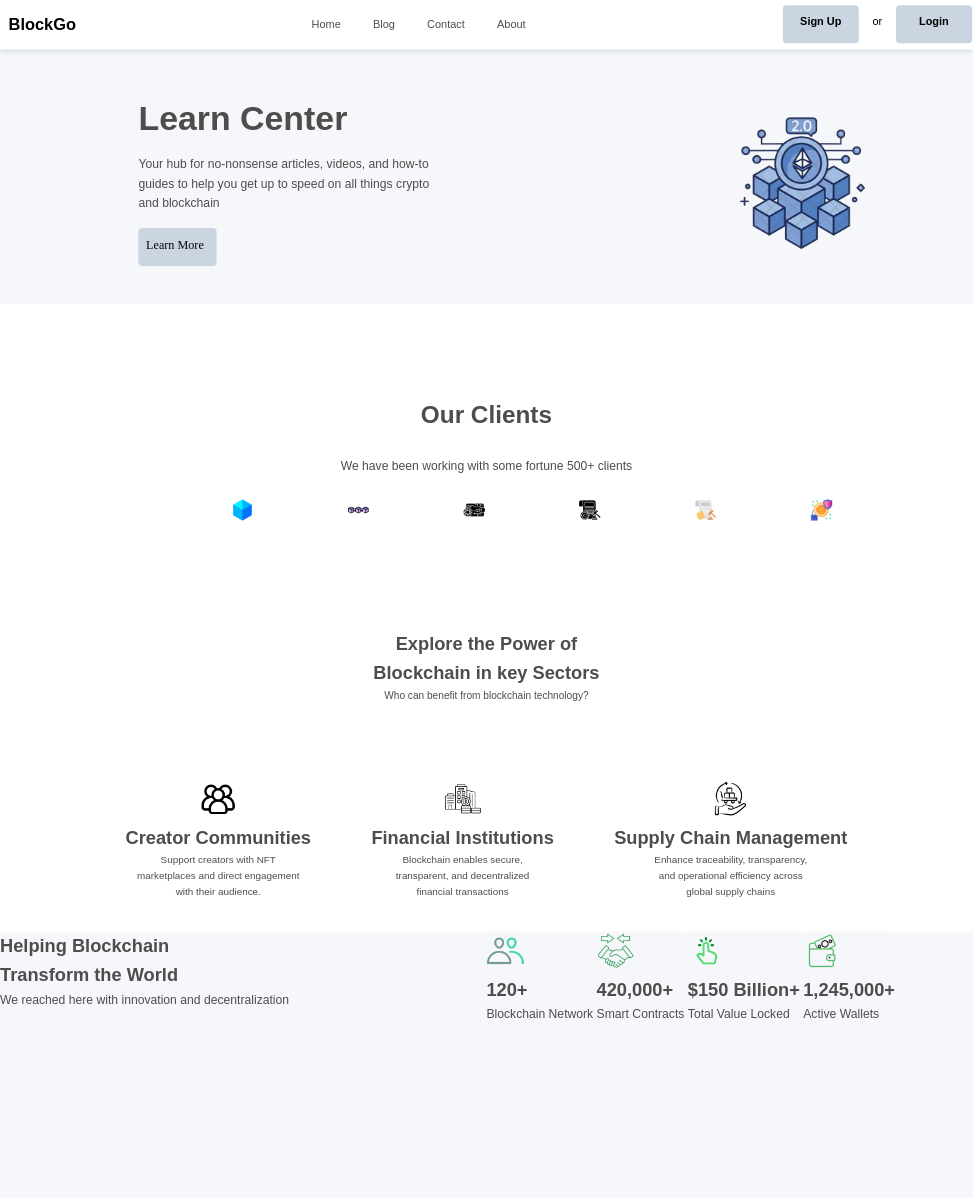
Repository: Tafsirul555/Assignment
Page: Assignment1.html
These files come from the project's save history. The page is drawn as it stood at one moment and after a run of saves; the edit follows.
The browser window is 1280 px wide. The pictures show the whole page, at 76% of full size.

Above is the page before, as saved 2025-06-09 01:33:35.

After the next 2 saves:
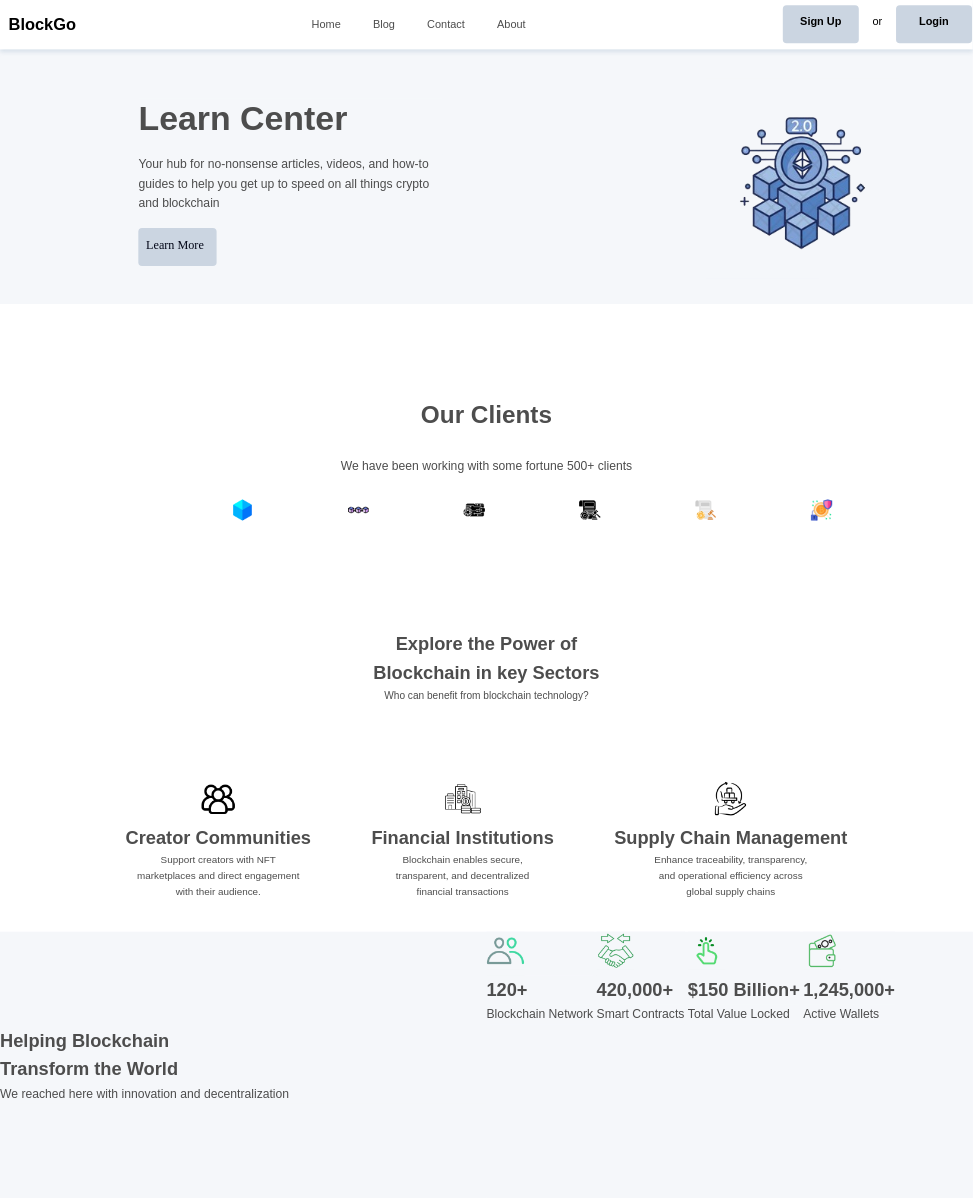
The 2 saves are shown as one change because they came seconds apart.
The last was saved 12 s later.
--- a/Assignment1.css
+++ b/Assignment1.css
@@ -337,7 +337,7 @@ article img{
 .figurebar .figure-aw{
     display: flex;
     display: inline-block;
-    align-content: ;
+    align-content: center ;
 }
 
 /* .figurebar{
